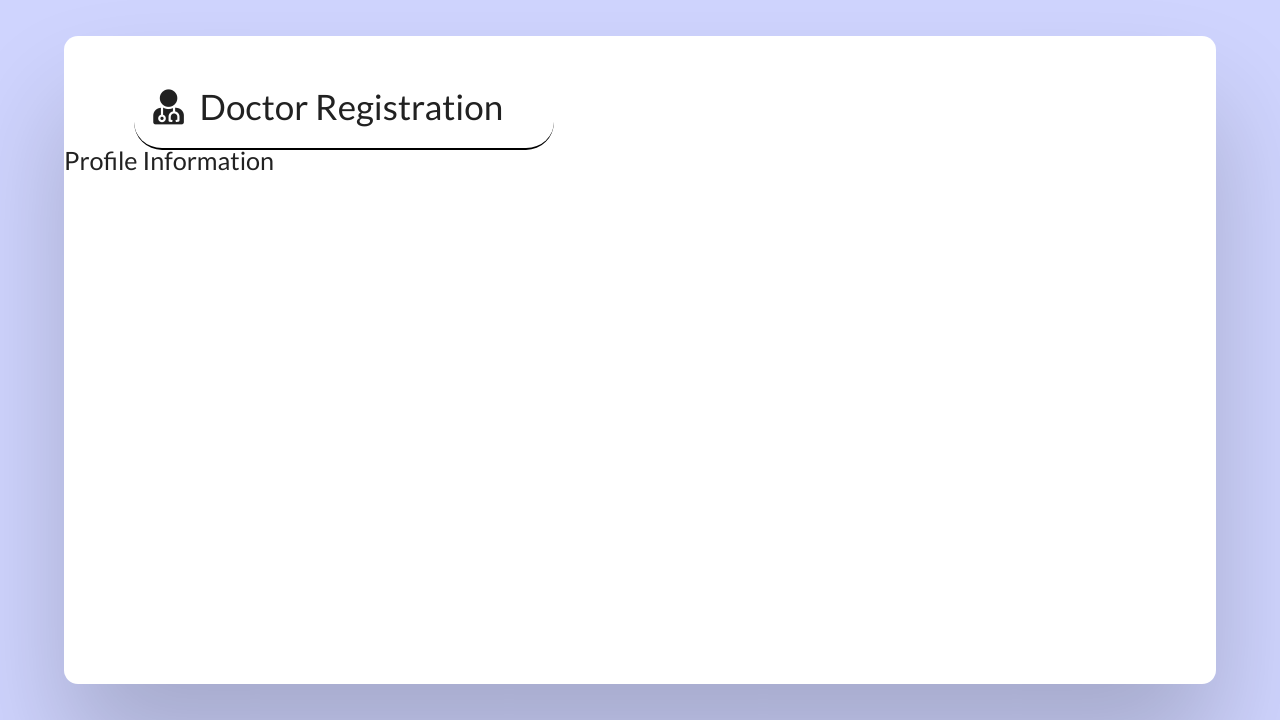
Repository: ajayaj2001/healthcare-digitization
Page: /doctorRegister
These files come from the project's save history. The page is drawn as it stood at one moment and after the next save; the edit follows.
The browser window is 1280 px wide. The pictures show the whole page.
The project was rebuilt for these pictures with package versions that can differ from the ones it lists, and the page was loaded fresh each time. Also part of the build but not shown: src/component/userType/UserType.scss, src/component/userType/UserType.js, src/component/login/Login.scss, src/component/login/loginForm/LoginForm.scss, src/component/login/loginForm/LoginForm.js, src/component/login/Login.js, src/component/register/Register.scss, src/component/register/registerForm/RegisterForm.scss and 2 more.

Above is the page before, as saved 2021-03-13 11:25:26.

### public/index.html
<!DOCTYPE html>
<html lang="en">

<head>
  <meta charset="utf-8" />
  <meta name="viewport" content="width=device-width, initial-scale=1" />
  <meta name="theme-color" content="#000000" />
  <meta name="description" content="Web site created using create-react-app" />
  <link rel="stylesheet" href="https://fonts.googleapis.com/css?family=Roboto:300,400,500,700&display=swap" />
  <link rel="stylesheet" href="https://fonts.googleapis.com/icon?family=Material+Icons" />

  <!--
      manifest.json provides metadata used when your web app is installed on a
      user's mobile device or desktop. See https://developers.google.com/web/fundamentals/web-app-manifest/
    -->
  <!-- <link rel="manifest" href="%PUBLIC_URL%/manifest.json" /> -->
  <!--
      Notice the use of %PUBLIC_URL% in the tags above.
      It will be replaced with the URL of the `public` folder during the build.
      Only files inside the `public` folder can be referenced from the HTML.

      Unlike "/favicon.ico" or "favicon.ico", "%PUBLIC_URL%/favicon.ico" will
      work correctly both with client-side routing and a non-root public URL.
      Learn how to configure a non-root public URL by running `npm run build`.
    -->
  <title>medical</title>
</head>

<body>
  <noscript>You need to enable JavaScript to run this app.</noscript>
  <div id="root"></div>
  <!--
      This HTML file is a template.
      If you open it directly in the browser, you will see an empty page.

      You can add webfonts, meta tags, or analytics to this file.
      The build step will place the bundled scripts into the <body> tag.

      To begin the development, run `npm start` or `yarn start`.
      To create a production bundle, use `npm run build` or `yarn build`.
    -->
</body>

</html>

### src/index.js
import React from 'react';
import ReactDOM from 'react-dom';
import './index.scss';
import App from './component/app/App';
import 'semantic-ui-css/semantic.min.css'


ReactDOM.render(
  // <React.StrictMode>
    <App />
  // </React.StrictMode>
  ,
  document.getElementById('root')
);

### src/index.scss
code {
  font-family: source-code-pro, Menlo, Monaco, Consolas, "Courier New", monospace;
}
@mixin respond($breakpoint) {
  @if $breakpoint == phone {
    @media (max-width: 37.5em) {
      @content;
    }
  }

  @if $breakpoint == tab-land {
    @media (max-width: 75em) {
      @content;
    }
  }
  @if $breakpoint == tab-port {
    @media (max-width: 56.25em) {
      @content;
    }
  }
  @if $breakpoint == big-desktop {
    @media (min-width: 112.5em) {
      @content;
    }
  }
}

*,
*::after,
*::before {
  margin: 0;
  padding: 0;
  box-sizing: inherit;
}
body {
  font-family: "Lato", sans-serif;
  font-weight: 400;
  font-size: 16px;
  line-height: 1.7;
  color: #777;
  //padding: 30px;
  box-sizing: border-box;
  @include respond(tab-port) {
    padding: 0;
  }
}

html {
  font-size: 62.5%; //1rem=10px 10px/16px=62.5%
  @include respond(tab-land) {
    //width <1200
    font-size: 56.25%; //1rem=9px
  }
  @include respond(tab-port) {
    //<width <900
    font-size: 50%; //1rem=8px
  }
  // @include respond(phone) {
  //     //<width<600
  //     font-size: 40%; //1rem=4.8px
  // }
  @include respond(big-desktop) {
    //>1200
    font-size: 75%; //1rem=12
  }
}

### src/component/app/App.js
import './App.scss';

import UserType from "../userType/UserType";
import Login from '../login/Login';
import Register from '../register/Register';
import { BrowserRouter as Router,Route,Switch } from 'react-router-dom';
import DoctorRegister from '../doctorRegister/DoctorRegister';

function App() {
  return (
    <Router>
       <Switch>
          <Route path="/login">
           <Login/>
          </Route>
          <Route path="/register">
           <Register/>
          </Route>
          <Route path="/doctorRegister">
            <DoctorRegister/>
          </Route>
          <Route path="/">
            <UserType/>
          </Route>

        </Switch>
    {/* <div className="App">
    </div> */}
    </Router>
  );
}

export default App;

### src/component/doctorRegister/DoctorRegister.js
import React from 'react'
import './DoctorRegister.scss'
import DoctorRegisterForm from './doctorRegisterForm/DoctorRegisterForm'
import {  Icon } from 'semantic-ui-react'

const DoctorRegister = () => {
    return (
        <div className="doctorRegister__container">
            <div className="doctorRegister__main">
                <div className="doctorRegister__heading"><Icon name="user doctor"/> Doctor Registration</div>
                <DoctorRegisterForm/>
            </div>
        </div>
    )
}

export default DoctorRegister

### src/component/doctorRegister/DoctorRegister.scss
.doctorRegister{
    &__container{
        margin: 0;
        background-color: #cfd4fe;
        height: 100vh;
        display: flex;
        justify-content: center;
        align-items: center;
    }
    &__main{
        background-color: white;
        width: 90%;
        height: 90%;
        border-radius: 1rem;
        align-items: center;
        overflow: hidden;
        box-shadow: 0 5rem 8rem rgba(black, 0.2);
    }
   &__heading{
       font-size: 2.5rem;
       margin: 2rem 0rem 0rem 5rem;
       padding-left: 1rem;
       line-height: 6rem;
       border-bottom: .2rem solid black;
       width: 30rem;
       border-radius: 2rem;

   }
}

### src/component/doctorRegister/doctorRegisterForm/DoctorRegisterForm.js
import React from 'react'
import './DoctorRegisterForm.scss'
const DoctorRegisterForm = () => {
    return (
        <div className="doctorRegisterForm">
            <div className="doctorRegisterForm__heading">Profile Information</div>
        </div>
    )
}

export default DoctorRegisterForm

### src/component/doctorRegister/doctorRegisterForm/DoctorRegisterForm.scss
.doctorRegisterForm{
    &__heading{
        font-size: 1.8rem;
    }
}

Loaded but not shown: src/component/app/App.scss (no stored copy; drawn as an empty file)

After the next save:
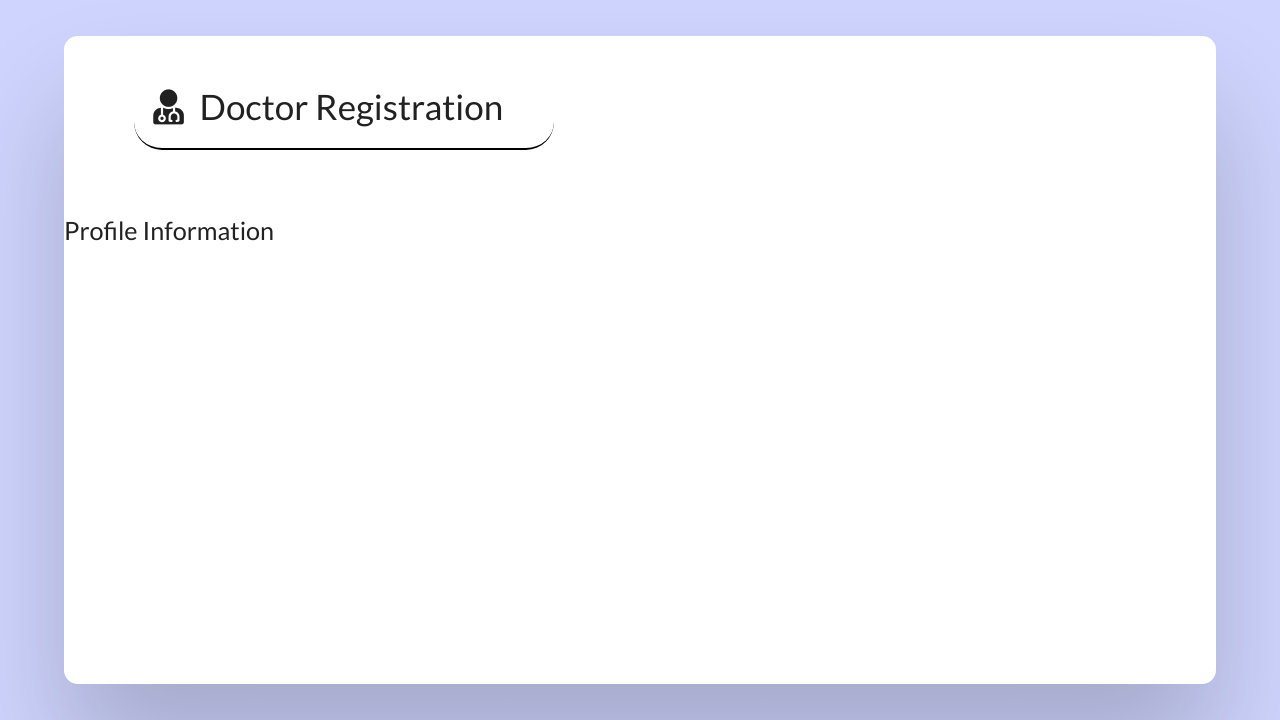
Saved 7 s later.
--- a/src/component/doctorRegister/DoctorRegister.scss
+++ b/src/component/doctorRegister/DoctorRegister.scss
@@ -18,7 +18,7 @@
     }
    &__heading{
        font-size: 2.5rem;
-       margin: 2rem 0rem 0rem 5rem;
+       margin: 2rem 0rem 5rem 5rem;
        padding-left: 1rem;
        line-height: 6rem;
        border-bottom: .2rem solid black;
